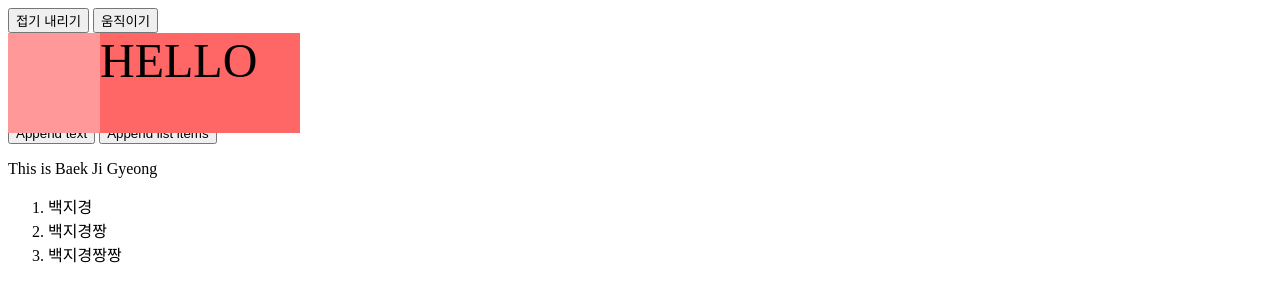
Repository: BaekJiGyeong/JSP_web
Page: http://localhost/Movie/
The author's editor kept a copy of each file at every save. The page is drawn from the files as they stood at one save, then again after the next save.
The browser window is 1280 px wide. The pictures show the whole page.
After loading, the first visible `#move` was clicked once.
The page is served by Tomcat 9. Other server files are loaded and not shown.

Above is the page before, as saved 2016-03-02 00:19:25.

### Movie/WebContent/index.jsp
<%@ page language="java" contentType="text/html; charset=UTF-8"
    pageEncoding="UTF-8"%>
<!DOCTYPE html>
<html>
<head>
<meta http-equiv="Content-Type" content="text/html; charset=UTF-8">
<title>Insert title here</title>
<script type="text/javascript" src="/Movie/resource/js/jquery-1.12.1.js"></script>
<script>
$(document).ready(function(){
    $("#scroll").click(function(){
        $("#div1").animate({
            height: 'toggle'
        });
    });
});

$(document).ready(function(){
    $("#move").click(function(){
        var div2 = $("#div2");
        div2.animate({left: '100px'}, "slow");
        div2.animate({fontSize: '3em'}, "slow");
    });
});
$(document).ready(function(){
    $("#btn1").click(function(){
        $("p").append(" <b>짱</b>");
    });

    $("#btn2").click(function(){
        $("ol").append("<li>짱</li>");
    });
});
</script>
</head>
<body>
<input type = "button" id="scroll" value= "접기 내리기" />
<input type = "button" id="move" value= "움직이기" />

<br/>

<div id="div1" style="background:#ff9999;height:100px;width:100px;position:absolute;"></div>
<div id="div2" style="background:#ff6666;height:100px;width:200px;left:'250px';position:absolute;">HELLO</div>

<br/><br/><br/><br/><br/>

<button id="btn1">Append text</button>
<button id="btn2">Append list items</button>

<p>This is Baek Ji Gyeong</p>

<ol>
  <li>백지경</li>
  <li>백지경짱</li>
  <li>백지경짱짱</li>
</ol>

</body>
</html>

Loaded but not shown: Movie/WebContent/resource/js/jquery-1.12.1.js (library)

After the next save:
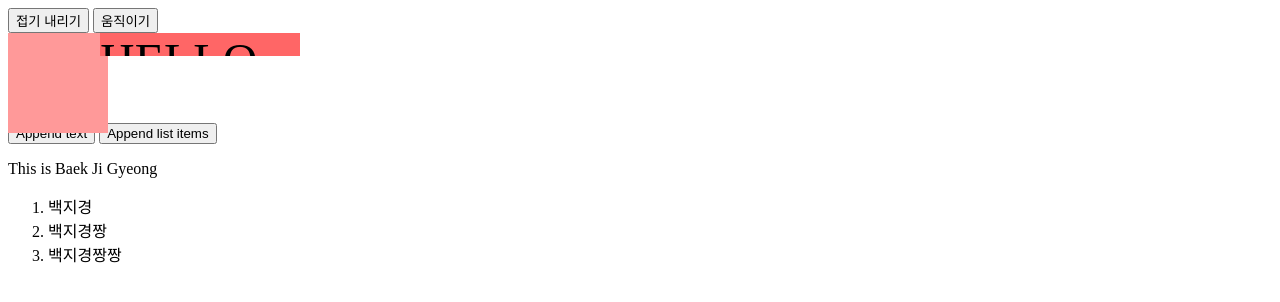
Saved 2 min 1 s later.
--- a/Movie/WebContent/index.jsp
+++ b/Movie/WebContent/index.jsp
@@ -20,8 +20,10 @@ $(document).ready(function(){
         var div2 = $("#div2");
         div2.animate({left: '100px'}, "slow");
         div2.animate({fontSize: '3em'}, "slow");
+        div2.animate({height: 'toggle'});
     });
 });
+
 $(document).ready(function(){
     $("#btn1").click(function(){
         $("p").append(" <b>짱</b>");
